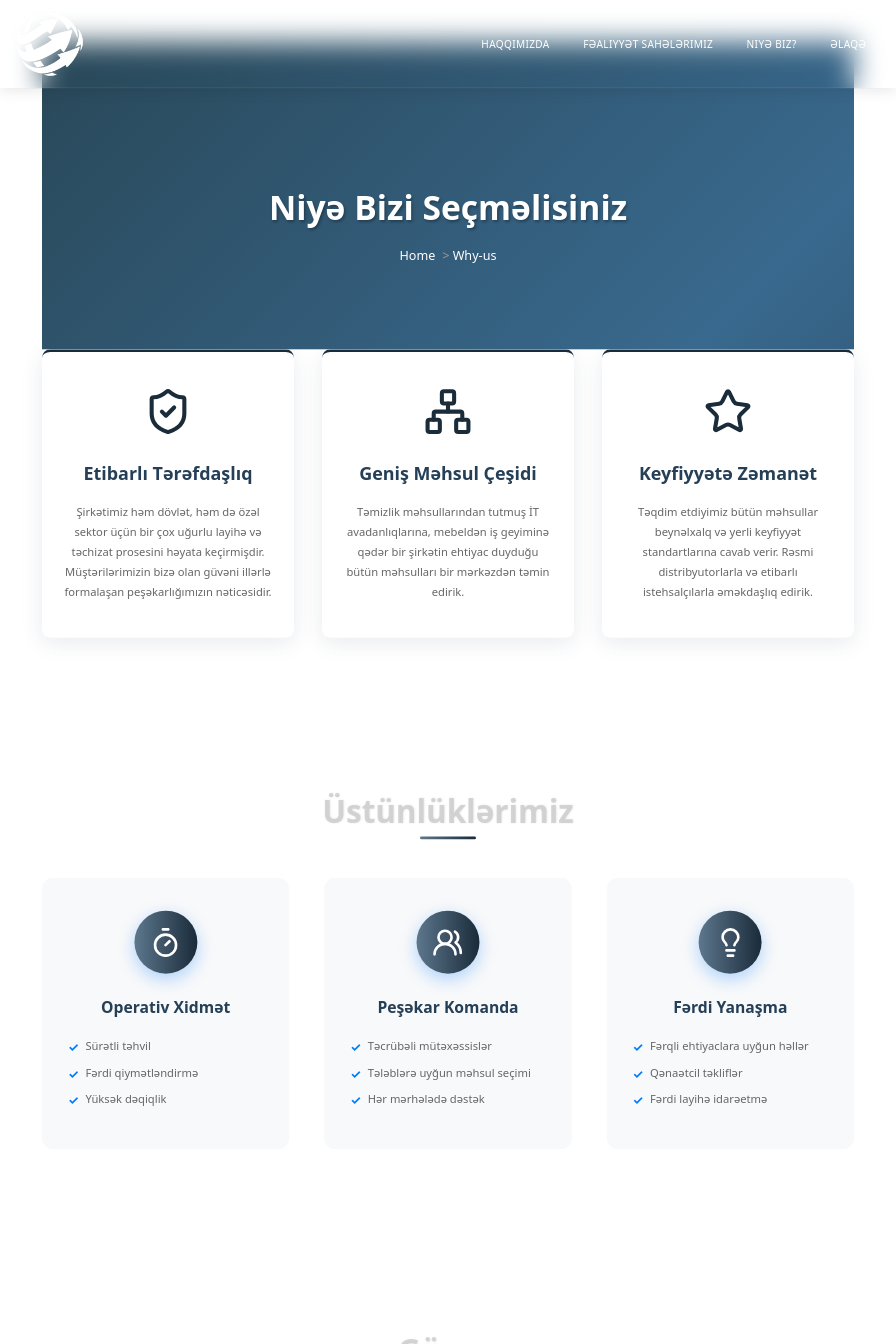
Repository: ferhadsultan98/primetradegroup
Page: /why-us
These files come from the project's save history. The page is drawn as it stood at one moment and after the next save; the edit follows.
The browser window is 1280 px wide. The pictures show the part of the page from y = 0 to 1920 px (the page is 3028 px tall before and 2589 px after), at 70% of full size.
The page's requests for data from a server got no answer. The project was rebuilt for these pictures with package versions that can differ from the ones it lists, and the page was loaded fresh each time. No one was signed in, and anything a server would have sent is missing. Also part of the build but not shown: vite.config.js, src/Components/Mainlayout/MainLayout.scss, src/Pages/Home/HomeSection.scss, src/Pages/Home/TestimonialSection/TestimonialSection.jsx, src/Pages/Home/CTASection/CTASection.scss, src/Pages/Home/CTASection/CTASection.jsx, src/Pages/Home/ProcessSection/ProcessSection.scss, src/Pages/Home/ProcessSection/ProcessSection.jsx and 24 more.

Above is the page before, as saved 2025-08-09 00:12:56.

After the next save:
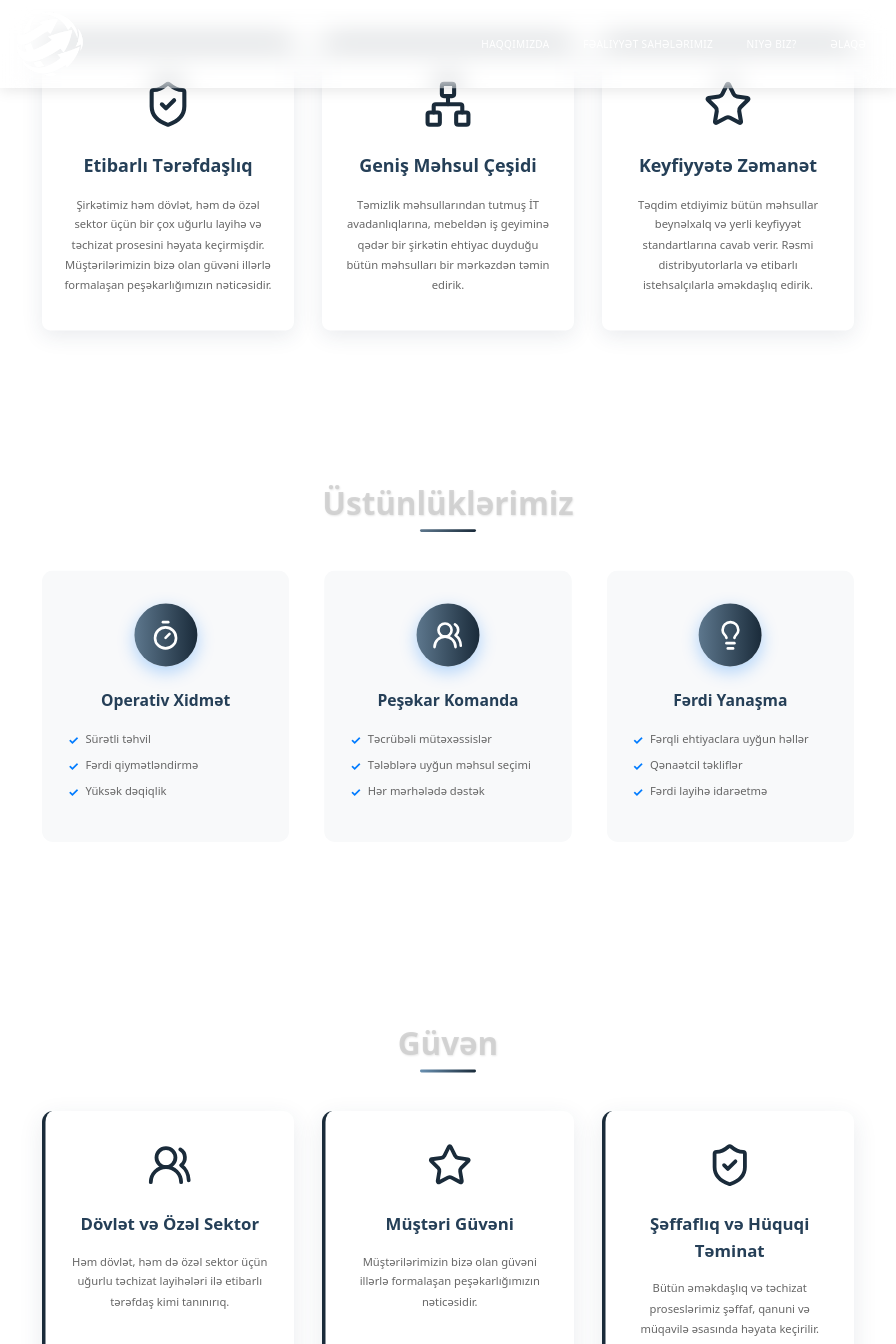
Saved 42 s later.
--- a/src/Pages/WhyUs/WhyUs.jsx
+++ b/src/Pages/WhyUs/WhyUs.jsx
@@ -33,10 +33,7 @@ const WhyUs = () => {
 
       <section className="benefitsSection">
         <div className="containerWrapper">
-          <SectionHeader
-            title="Niyə Bizi Seçməlisiniz"
-            subtitle="PRIME TRADE GROUP MMC olaraq müştərilərimizin təchizat və satınalma ehtiyaclarına operativ, etibarlı və peşəkar yanaşma ilə cavab veririk."
-          />
+
           <div className="benefitsGrid">
             <div className="benefitCard">
               <ShieldCheck className="benefitIcon" />
